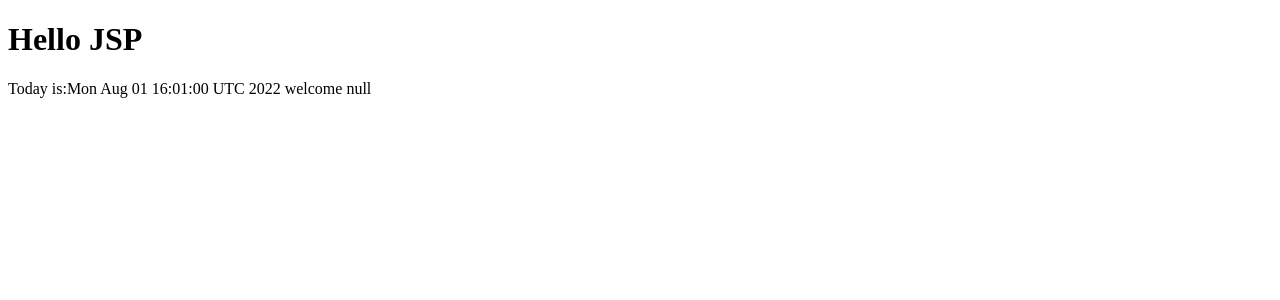
Repository: HashmiAalam/ServletBasicsByAlam
Page: http://localhost/com.dss.pagecontext/second.jsp
These files come from the project's save history. The page is drawn as it stood at one moment and after the next save; the edit follows.
The browser window is 1280 px wide. The pictures show the whole page.
The page is served by Tomcat 9.

Above is the page before, as saved 2022-10-14 11:55:47.

After the next save:
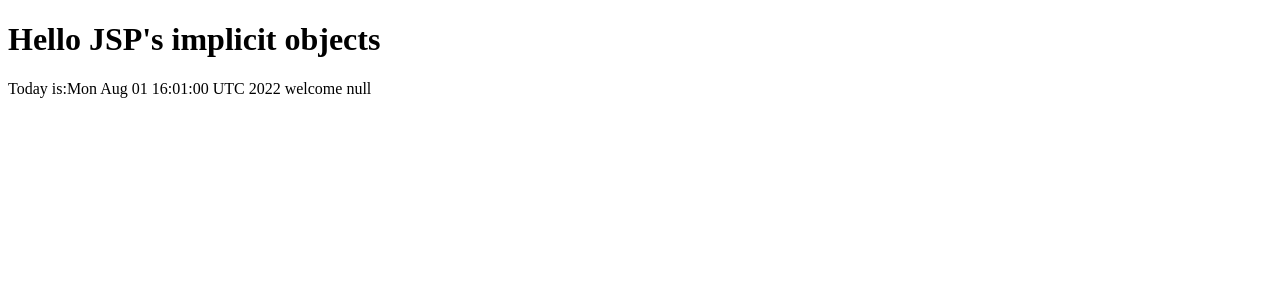
Saved 118 s later.
--- a/com.dss.pagecontext/src/main/webapp/second.jsp
+++ b/com.dss.pagecontext/src/main/webapp/second.jsp
@@ -7,7 +7,7 @@
 <title>Insert title here</title>
 </head>
 <body>
-<h1>Hello JSP</h1>
+<h1>Hello JSP's implicit objects</h1>
 <% out.print("Today is:"+java.util.Calendar.getInstance().getTime()); %>
 <%
 String name=request.getParameter("uname");
